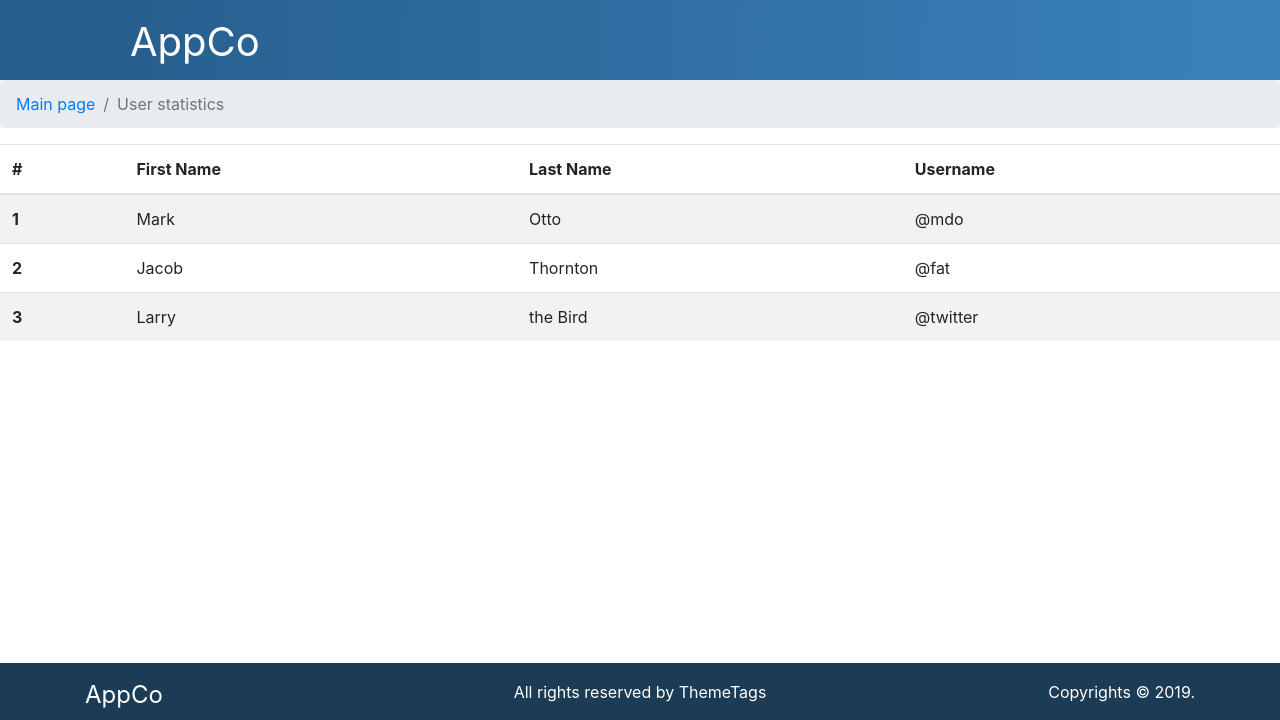
Repository: andbilous/user-statistics-app
Page: /
An editor plug-in stored every save of this project. The page is shown before and after the next save, followed by the edit.
The browser window is 1280 px wide. The pictures show the whole page.
The project was rebuilt for these pictures with package versions that can differ from the ones it lists, and the page was loaded fresh each time. Also part of the build but not shown: src/components/brainstorming/index.js, src/components/reasons/reasons.scss, src/components/reasons/index.js, src/components/footer/footer.scss, src/components/footer/index.js, src/pages/Main.jsx.

Above is the page before, as saved 2020-06-22 02:26:24.

After the next save:
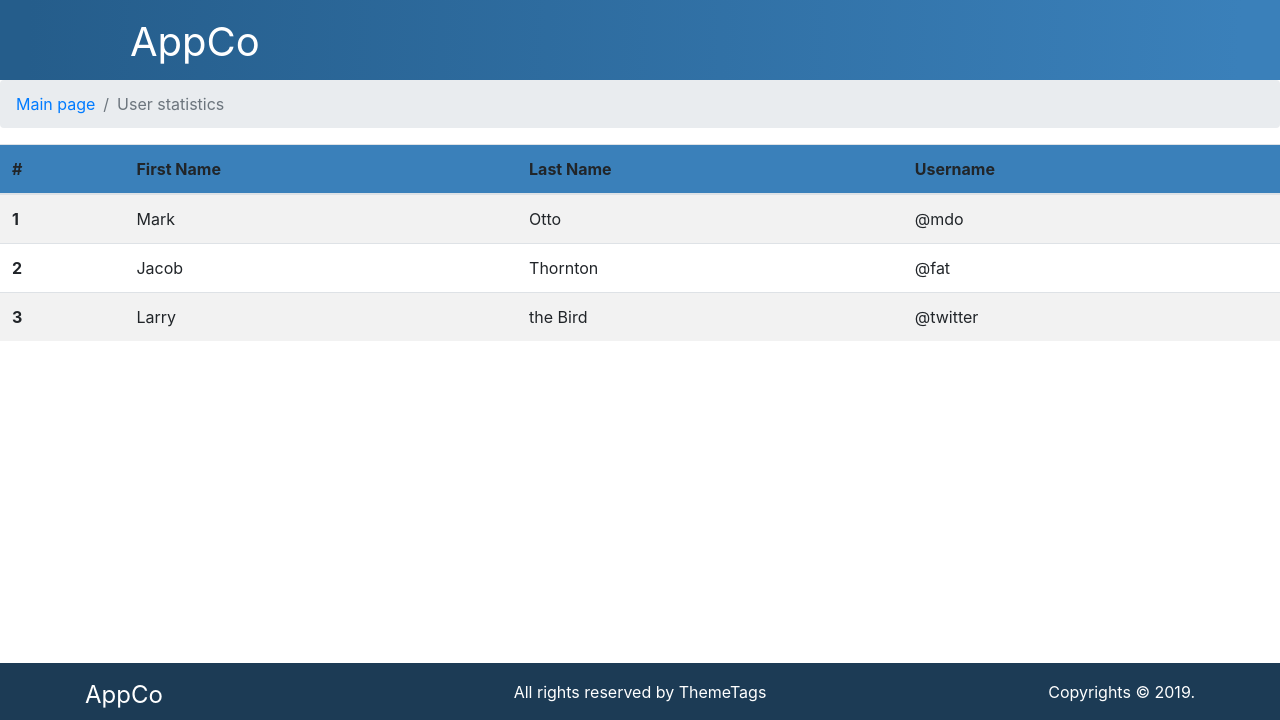
Saved 8 s later.
--- a/src/App.scss
+++ b/src/App.scss
@@ -11,6 +11,6 @@ img {
 
 table {
   thead{
-
+    background: #3A80BA;
   }
 }
